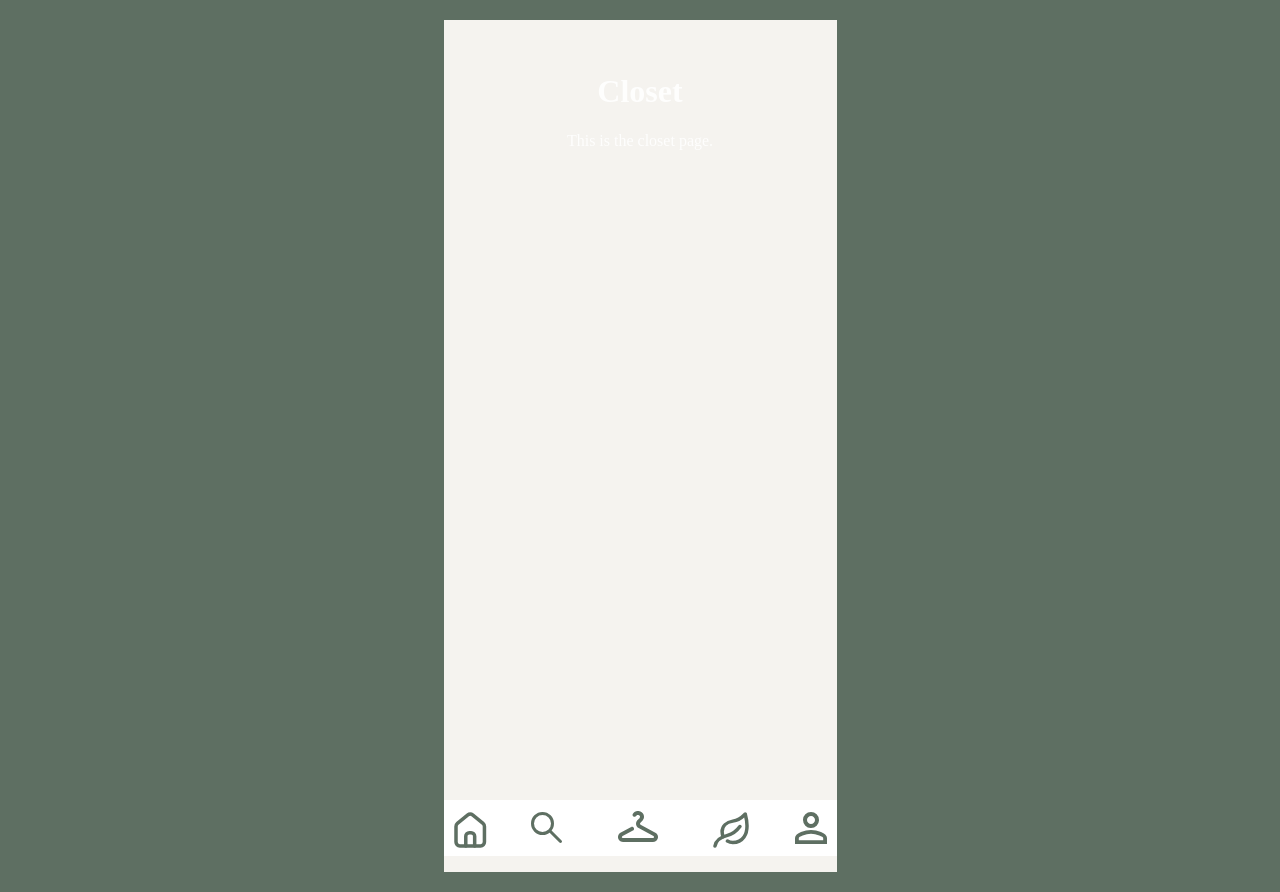
Repository: Strawb3rryjam/app-slotion
Page: /closet
These files come from the project's save history. The page is drawn as it stood at one moment and after the next save; the edit follows.
The browser window is 1280 px wide. The pictures show the whole page.
The project was rebuilt for these pictures with package versions that can differ from the ones it lists, and the page was loaded fresh each time. Also part of the build but not shown: vite.config.js. Imported but missing from the stored project, and not drawn on this page: src/pages/Home.

Above is the page before, as saved 2025-05-07 13:53:29.

After the next save:
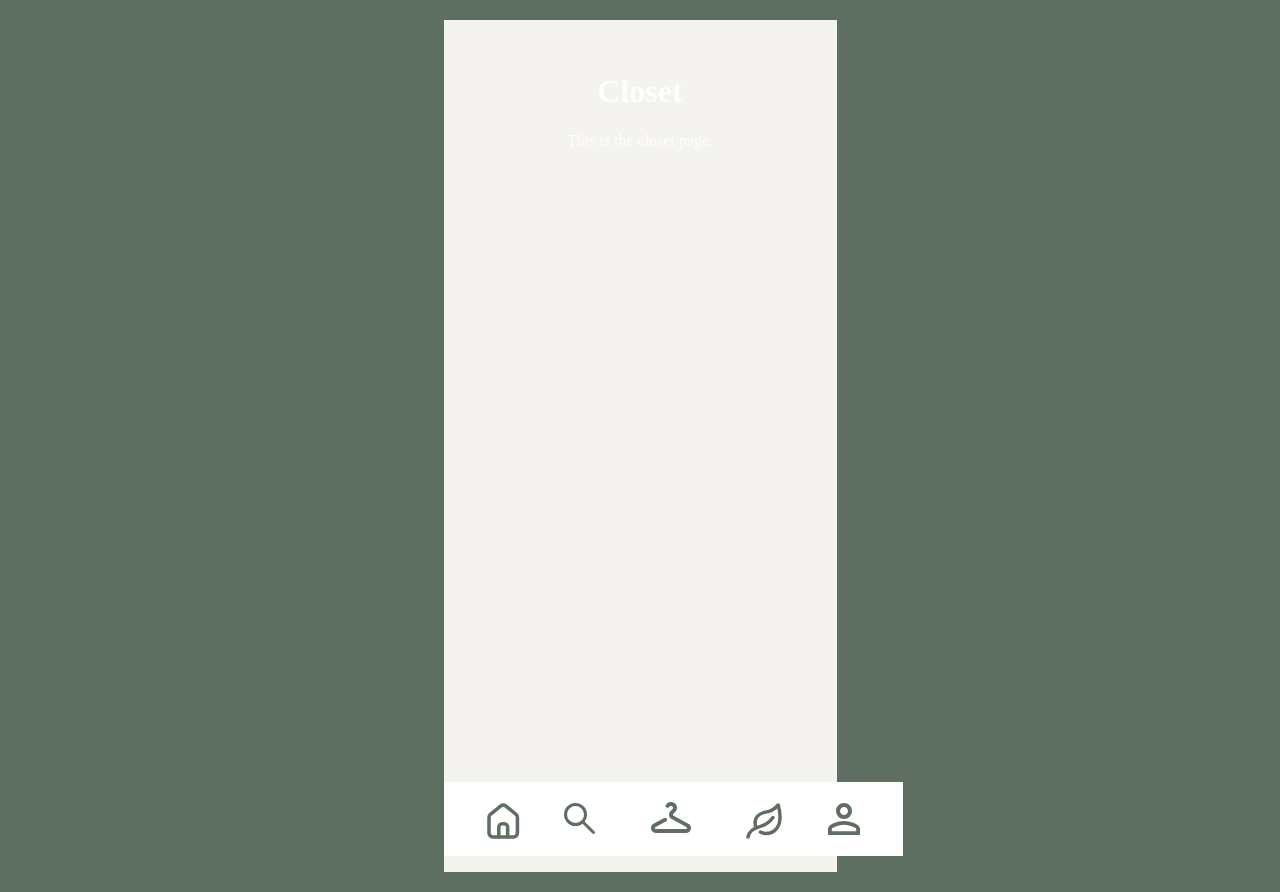
Saved 2 min 51 s later.
--- a/src/css/NavBar.module.css
+++ b/src/css/NavBar.module.css
@@ -1,6 +1,6 @@
 .navbar {
     background-color: white;
-    padding: 10px 0 ;
+    padding: 19px 33px ;
     width: 393px;
     position: absolute;
     bottom: 16px;
